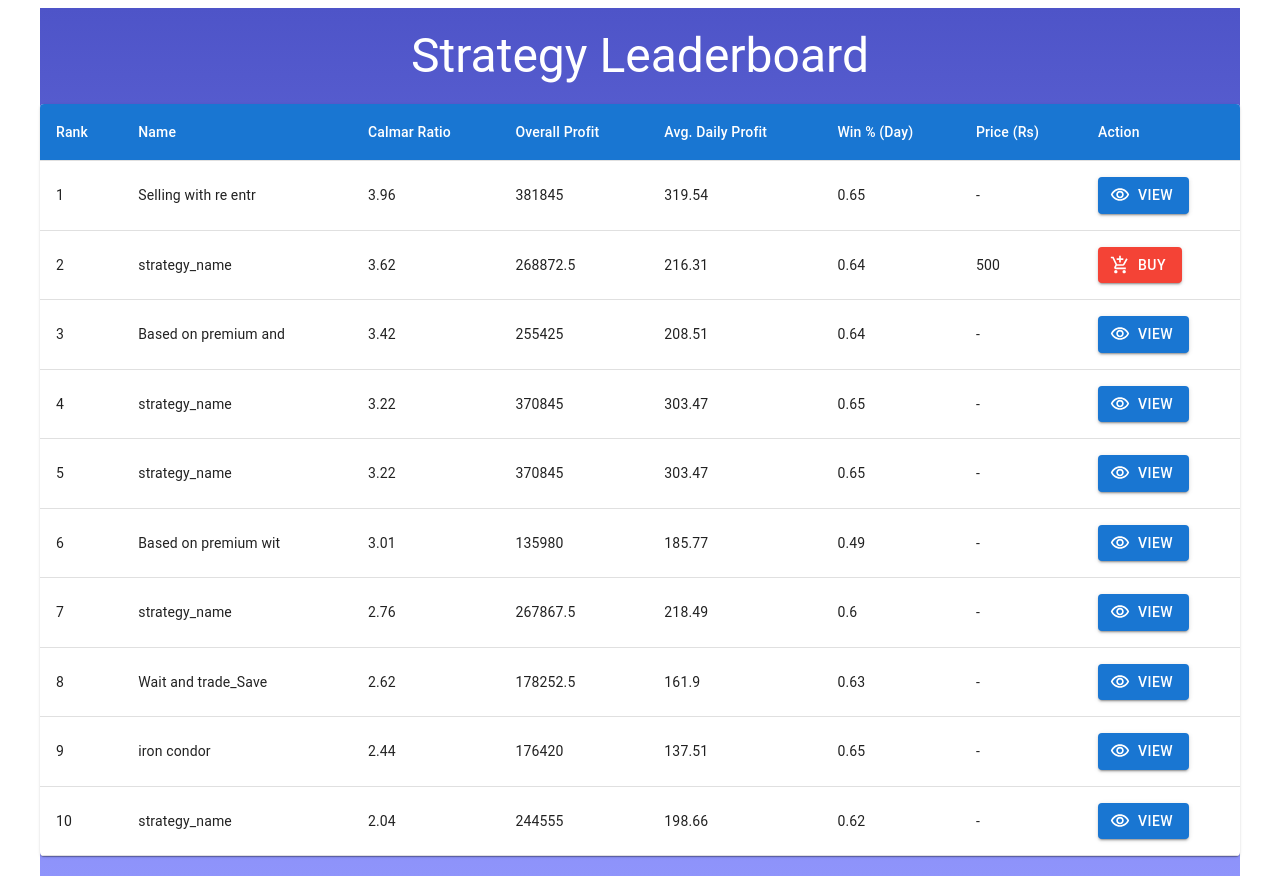
Repository: PraTEEkgUpTa2/Leaderboard
Page: /
An editor plug-in stored every save of this project. The page is shown before and after the next save, followed by the edit.
The browser window is 1280 px wide. The pictures show the whole page.
The project was rebuilt for these pictures with package versions that can differ from the ones it lists, and the page was loaded fresh each time. Also part of the build but not shown: src/App.css.

Above is the page before, as saved 2024-05-27 12:24:06.

After the next save:
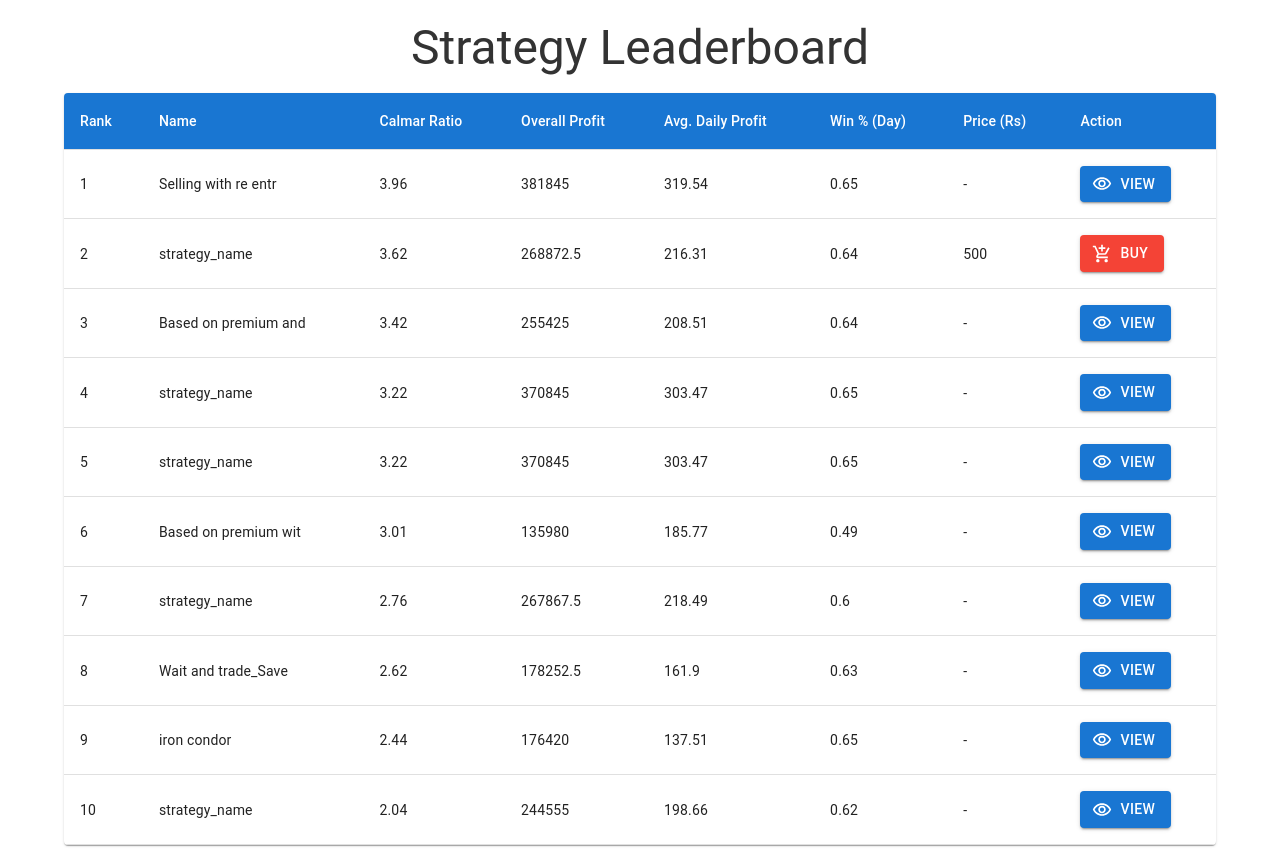
Saved 67 s later.
--- a/src/Leaderboard.js
+++ b/src/Leaderboard.js
@@ -35,8 +35,8 @@ const BuyButton = styled(Button)(({ theme }) => ({
 
 const Leaderboard = () => {
   return (
-    <Container style={{ background: 'linear-gradient(to bottom, #4e54c8, #8f94fb)', minHeight: '100vh', padding: '20px 0' }}>
-      <Typography variant="h3" align="center" gutterBottom style={{ color: '#fff', marginBottom: '20px' }}>
+    <Container>
+      <Typography variant="h3" align="center" gutterBottom style={{ color: '#333', marginTop: '20px' }}>
         Strategy Leaderboard
       </Typography>
       <TableContainer component={Paper}>
